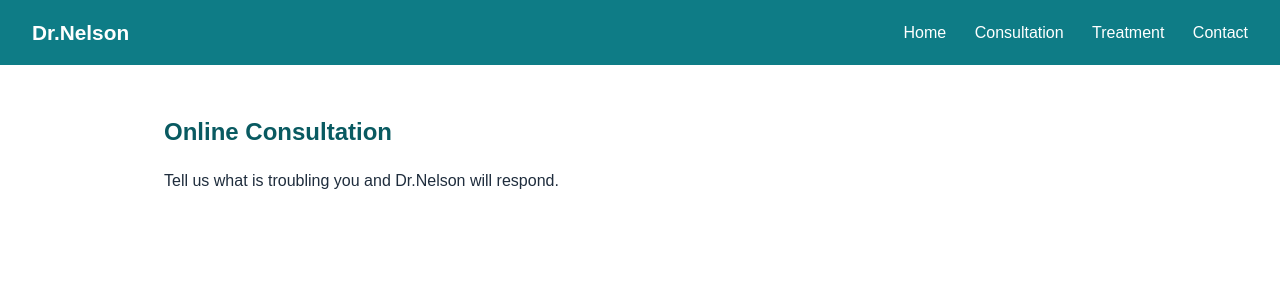
Repository: Nelson254-PNG/doctor_site
Page: public/consultation.html
These files come from the project's save history. The page is drawn as it stood at one moment and after the next save; the edit follows.
The browser window is 1280 px wide. The pictures show the whole page.

Above is the page before, as saved 2026-10-10 22:18:58.

### public/consultation.html
<!DOCTYPE html>
<html lang="en">
<head>
    <meta charset="UTF-8">
    <title>Dr. Nelson  - Home</title>
    <link rel="stylesheet" href="/css/style.css">
</head>
<body>
  <header>
   <div class="logo"> Dr.Nelson</div>
   <nav>
    <a href="/index.html">Home</a>
    <a href="/Consultation.html">Consultation</a>
    <a href="/treatment.html">Treatment</a>
    <a href="/contact.html">Contact</a>
    </nav>
  </header>
  <section>
    <h2>Online Consultation</h2>
    <p>Tell us what is troubling you and Dr.Nelson will respond.</p>

    <form?<\form>
  </section>

### public/css/style.css
:root {
  --primary: #0e7c86;
  --primary-dark: #095a61;
  --light: #f4fafb;
  --text: #1f2d3d;
}

* { box-sizing: border-box; margin: 0; padding: 0; }

body {
  font-family: Arial, Helvetica, sans-serif;
  color: var(--text);
  line-height: 1.6;
}

/* ---------- Navigation ---------- */
header {
  background: var(--primary);
  padding: 1rem 2rem;
  display: flex;
  justify-content: space-between;
  align-items: center;
}
header .logo { color: white; font-size: 1.3rem; font-weight: bold; }
nav a {
  color: white;
  text-decoration: none;
  margin-left: 1.5rem;
}
nav a:hover { text-decoration: underline; }

/* ---------- Hero ---------- */
.hero {
  background: var(--light);
  text-align: center;
  padding: 5rem 1.5rem;
}
.hero h1 { font-size: 2.4rem; color: var(--primary-dark); }
.hero p { max-width: 600px; margin: 1rem auto 2rem; }

.btn {
  display: inline-block;
  background: var(--primary);
  color: white;
  padding: 0.8rem 1.6rem;
  border-radius: 6px;
  text-decoration: none;
  margin: 0.3rem;
}
.btn:hover { background: var(--primary-dark); }

/* ---------- Sections ---------- */
section { padding: 3rem 1.5rem; max-width: 1000px; margin: auto; }
section h2 { color: var(--primary-dark); margin-bottom: 1rem; }

.cards {
  display: grid;
  grid-template-columns: repeat(auto-fit, minmax(240px, 1fr));
  gap: 1.5rem;
}
.card {
  border: 1px solid #dde7ea;
  border-radius: 8px;
  padding: 1.5rem;
}
.card h3 { color: var(--primary); margin-bottom: 0.5rem; }

footer {
  background: var(--primary-dark);
  color: white;
  text-align: center;
  padding: 1.5rem;
  margin-top: 2rem;
}

After the next save:
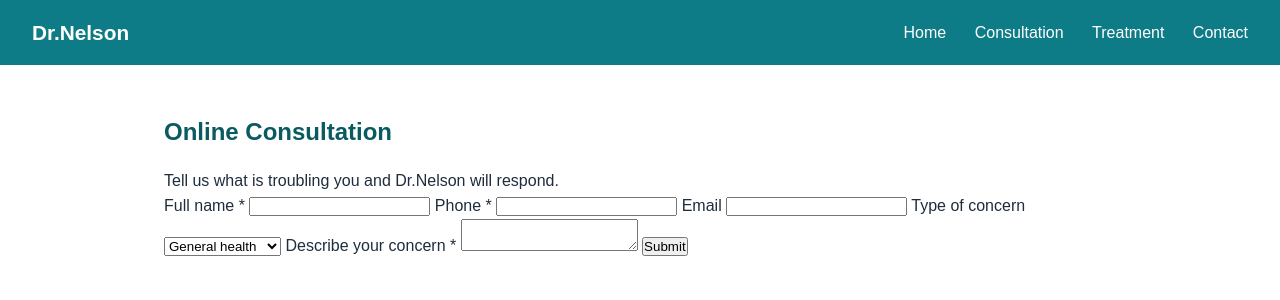
Console error: TypeError: Cannot read properties of null (reading 'addEventListener')
Saved 4 days later.
--- a/public/consultation.html
+++ b/public/consultation.html
@@ -19,5 +19,57 @@
     <h2>Online Consultation</h2>
     <p>Tell us what is troubling you and Dr.Nelson will respond.</p>
 
-    <form?<\form>
+    <form id="consultaForm">
+      <label>Full name *</label>
+      <input type="text" name="name" required>
+
+      <label>Phone *</label>
+      <input type="tel" name="phone" required>
+
+      <label>Email</label>
+      <input type="email" name="email">
+
+      <label>Type of concern</label>
+      <select name="category">
+        <option>General health</option>
+        <option>Child health</option>
+        <option>Women's health</option>
+        <option>Other</option>
+      </select>
+
+      <label> Describe your concern *</label>
+      <textarea name="message" required></textarea>
+
+      <button type="submit">Submit</button>
+      <p id="status"></p>
+    </form>
   </section>
+
+  <script>
+    const form = document.getElementById("consultForm");
+    const statusBox = document.getElementById("status");
+
+    form.addEventListener("submit", async (e) => {
+      e.preventDefault();                       // stop the page reloading
+      statusBox.textContent = "Sending...";
+
+      try {
+        const res = await fetch("/api/consultation", {
+          method: "POST",
+          headers: { "Content-Type": "application/x-www-form-urlencoded" },
+          body: new URLSearchParams(new FormData(form))
+        });
+        const data = await res.json();
+
+        if (data.ok) {
+          statusBox.textContent = "Thank you! Your request has been received.";
+          form.reset();
+        } else {
+          statusBox.textContent = data.error;
+        }
+      } catch (err) {
+        statusBox.textContent = "Could not reach the server. Please try again.";
+      }
+    });
+
+  </script>
